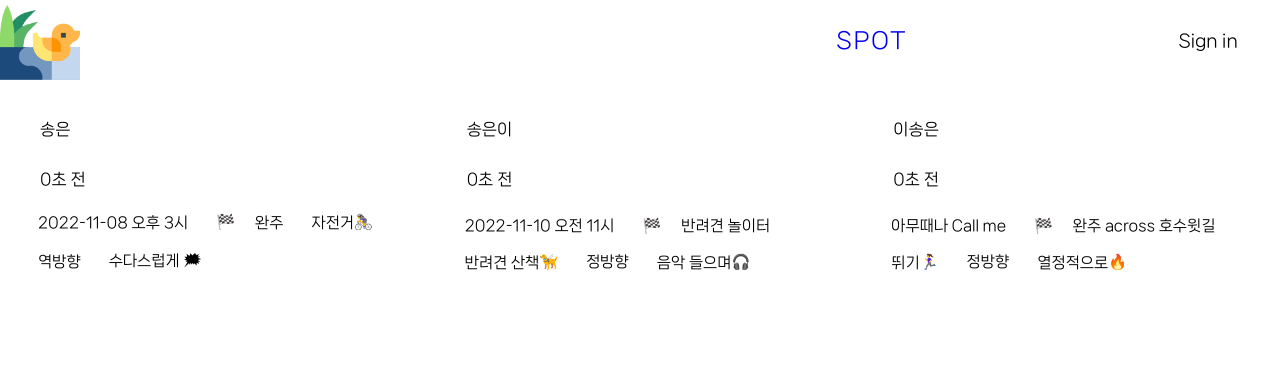
Repository: songeunleee/youngrangho
Page: /
The author's editor kept a copy of each file at every save. The page is drawn from the files as they stood at one save, then again after the next save.
The browser window is 1280 px wide. The pictures show the whole page.
Some web libraries are served in a nearby version. The project was rebuilt for these pictures with package versions that can differ from the ones it lists, and the page was loaded fresh each time. Some packages were replaced by stand-ins written for this rebuild. Also part of the build but not shown: src/app.module.css, src/components/activity/activity.module.css, src/components/footer/footer.module.css, src/components/footer/footer.jsx, src/components/home/home.module.css, src/components/home/home.jsx, src/components/add_spot/add_spot.module.css, src/components/add_spot/add_spot.jsx and 6 more.

Above is the page before, as saved 2022-11-08 19:03:34.

### public/index.html
<!DOCTYPE html>
<html lang="en">
  <head>
    <meta charset="utf-8" />
    <script src="https://cdn.jsdelivr.net/npm/sweetalert2@10"></script>
    <script
      src="https://kit.fontawesome.com/7fb71a1d7b.js"
      crossorigin="anonymous"
    ></script>
    <link rel="icon" href="%PUBLIC_URL%/favicon.ico" />
    <meta name="viewport" content="width=device-width, initial-scale=1" />
    <meta name="theme-color" content="#000000" />
    <link rel="preconnect" href="https://fonts.googleapis.com" />
    <link rel="preconnect" href="https://fonts.gstatic.com" crossorigin />
    <link
      href="https://fonts.googleapis.com/css2?family=Noto+Sans+KR:wght@100;300;400&family=Noto+Serif+KR:wght@200;400&family=Varela+Round&display=swap"
      rel="stylesheet"
    />

    <meta
      name="description"
      content="Web site created using create-react-app"
    />
    <link rel="apple-touch-icon" href="%PUBLIC_URL%/logo192.png" />
    <!--
      manifest.json provides metadata used when your web app is installed on a
      user's mobile device or desktop. See https://developers.google.com/web/fundamentals/web-app-manifest/
    -->
    <link rel="manifest" href="%PUBLIC_URL%/manifest.json" />
    <!--
      Notice the use of %PUBLIC_URL% in the tags above.
      It will be replaced with the URL of the `public` folder during the build.
      Only files inside the `public` folder can be referenced from the HTML.

      Unlike "/favicon.ico" or "favicon.ico", "%PUBLIC_URL%/favicon.ico" will
      work correctly both with client-side routing and a non-root public URL.
      Learn how to configure a non-root public URL by running `npm run build`.
    -->
    <title>React App</title>
  </head>
  <body>
    <noscript>You need to enable JavaScript to run this app.</noscript>
    <div id="root"></div>
    <!--
      This HTML file is a template.
      If you open it directly in the browser, you will see an empty page.

      You can add webfonts, meta tags, or analytics to this file.
      The build step will place the bundled scripts into the <body> tag.

      To begin the development, run `npm start` or `yarn start`.
      To create a production bundle, use `npm run build` or `yarn build`.
    -->
  </body>
</html>

### src/index.js
import React from "react";
import ReactDOM from "react-dom/client";
import "./index.css";
import App from "./app";
import { firebaseApp } from "./service/firebase";
import AuthService from "./service/auth_service";
import FileUpload from "./service/file_upload";
import Repository from "./service/repositiry";

const repository = new Repository(firebaseApp);
const fileUpload = new FileUpload(firebaseApp);
const authService = new AuthService(firebaseApp);

const root = ReactDOM.createRoot(document.getElementById("root"));
root.render(
  <React.StrictMode>
    <App
      authService={authService}
      fileUpload={fileUpload}
      repository={repository}
    />
  </React.StrictMode>
);

### src/index.css
@font-face {
  font-family: "font1";
  src: url("../public/fonts/NanumSquareNeo-aLt.ttf") format("truetype");
  font-weight: normal;
}

@font-face {
  font-family: "font2";
  src: url("../public/fonts/NanumSquareNeo-bRg.ttf") format("truetype");
  font-weight: bold;
}

@font-face {
  font-family: "font3";
  src: url("../public/fonts/NanumSquareNeo-cBd.ttf") format("truetype");
  font-weight: bold;
}

@font-face {
  font-family: "font4";
  src: url("../public/fonts/NanumSquareNeo-eHv.ttf") format("truetype");
  font-weight: bold;
}
body {
  margin: 0;
  font-family: -apple-system, BlinkMacSystemFont, "Segoe UI", "Roboto", "Oxygen",
    "Ubuntu", "Cantarell", "Fira Sans", "Droid Sans", "Helvetica Neue",
    sans-serif;
  -webkit-font-smoothing: antialiased;
  -moz-osx-font-smoothing: grayscale;
  height: 100%;
}

code {
  font-family: source-code-pro, Menlo, Monaco, Consolas, "Courier New",
    monospace;
}
html {
}
#root {
  margin: 0;
  display: flex;
  flex-direction: column;
  height: 100%;
}

### src/app.jsx
import { useEffect, useState } from "react";
import { BrowserRouter, Route, Routes } from "react-router-dom";
import styles from "./app.module.css";
import Activity from "./components/activity/activity";
import Footer from "./components/footer/footer";
import Header from "./components/header/header";
import Home from "./components/home/home";
import Spot from "./components/spot/spot";

function App({ authService, fileUpload, repository }) {
  const [user, setUser] = useState(null);

  const getUser = (user) => {
    setUser(user);
  };

  useEffect(() => {
    authService.onAuthChange((user) => {
      if (user) {
        setUser(user);
      } else {
      }
    });
  }, [authService]);

  return (
    <>
      <BrowserRouter>
        <Header authService={authService} getUser={getUser} user={user} />
        <Routes>
          <Route
            path="/"
            element={<Activity authService={authService} user={user} />}
          />
          <Route
            path="/activity"
            element={<Activity authService={authService} user={user} />}
          />
          <Route
            path="/spot"
            element={
              <Spot
                authService={authService}
                user={user}
                fileUpload={fileUpload}
                repository={repository}
              />
            }
          />
        </Routes>
      </BrowserRouter>
    </>
  );
}

export default App;

### src/service/firebase.js
import { initializeApp } from "firebase/app";

const firebaseConfig = {
  apiKey: "AIzaSyA1QsOldBRNtAOG8_cfGoyHxB8PmdZT3xA",
  authDomain: "youngrangho-d9473.firebaseapp.com",
  projectId: "youngrangho-d9473",
  storageBucket: "youngrangho-d9473.appspot.com",
  messagingSenderId: "558891074778",
  appId: "1:558891074778:web:a513dfcb578ca1084111e3",
  measurementId: "G-VKW34V7D4J",
};

export const firebaseApp = initializeApp(firebaseConfig);

### src/service/auth_service.js
import {
  getAuth,
  signInWithPopup,
  GoogleAuthProvider,
  onAuthStateChanged,
} from "firebase/auth";
class AuthService {
  constructor() {
    this.auth = getAuth();
    this.provider = new GoogleAuthProvider();
  }
  signin() {
    return signInWithPopup(this.auth, this.provider);
  }

  signout() {
    const auth = getAuth();
    auth.signOut();
  }

  onAuthChange(onUserChanged) {
    const auth = getAuth();
    return onAuthStateChanged(auth, (user) => {
      onUserChanged(user);
    });
  }
}
export default AuthService;

### src/service/file_upload.js
import { getStorage, ref, uploadBytes, getDownloadURL } from "firebase/storage";

class FileUpload {
  constructor() {
    this.storage = getStorage();
  }

  async upload(file) {
    this.storageRef = ref(this.storage, `spot/${file.name}`);
    const img = await uploadBytes(this.storageRef, file);
    return getDownloadURL(ref(this.storage, img.ref.fullPath));
  }
}

export default FileUpload;

### src/service/repositiry.js
import {
  getDatabase,
  ref,
  set,
  remove,
  onValue,
  off,
  update,
} from "firebase/database";

class Repository {
  constructor() {
    this.db = getDatabase();
  }

  syncSpots(userId, onUpdate) {
    const query = ref(this.db, `spots`);
    onValue(query, (snapshot) => {
      const value = snapshot.val();
      value && onUpdate(value);
    });
    return () => off(query);
  }

  saveSpot(userId, spot) {
    set(ref(this.db, `spots/${spot.id}`), spot);
  }
  removeSpot(userId, spot) {
    const spotRef = ref(this.db, `spots/${spot.id}`);
    remove(spotRef);
  }
}
export default Repository;

### src/components/activity/activity.jsx
import { set } from "firebase/database";
import React from "react";
import { useState } from "react";
import { useEffect } from "react";
import { useLocation } from "react-router-dom";
import ActivityList from "../activity_list/activity_list";
import Header from "../header/header";
import styles from "./activity.module.css";

const Activity = ({ authService, user }) => {
  const [cards, setCards] = useState({
    1: {
      id: 1,
      author: "thddmsd",
      createTime: Date.now(),
      appointment: "2022-11-08 오후 3시",
      mean: "자전거🚴‍♀️",
      course: "역방향",
      goal: "완주",
      mode: "수다스럽게 🗯",
    },
    2: {
      id: 2,
      author: "송은이",
      createTime: Date.now(),
      appointment: "2022-11-10 오전 11시",
      mean: "반려견 산책🦮",
      course: "정방향",
      goal: "반려견 놀이터",
      mode: "음악 들으며🎧",
    },
    3: {
      id: 3,
      author: "이송은",
      createTime: Date.now(),
      appointment: "아무때나 Call me",
      mean: "뛰기🏃‍♀️",
      course: "정방향",
      goal: "완주 across 호수윗길",
      mode: "열정적으로🔥",
    },
    1: {
      id: 1,
      author: "송은",
      createTime: Date.now(),
      appointment: "2022-11-08 오후 3시",
      mean: "자전거🚴‍♀️",
      course: "역방향",
      goal: "완주",
      mode: "수다스럽게 🗯",
    },
    1: {
      id: 1,
      author: "송은",
      createTime: Date.now(),
      appointment: "2022-11-08 오후 3시",
      mean: "자전거🚴‍♀️",
      course: "역방향",
      goal: "완주",
      mode: "수다스럽게 🗯",
    },
  });
  console.log(cards);
  return <ActivityList cards={cards} />;
};
export default Activity;

### src/components/header/header.jsx
import React, { useEffect } from "react";
import { useState } from "react";
import { Link, useLocation } from "react-router-dom";
import styles from "./header.module.css";

const Header = ({ authService, getUser, user }) => {
  const location = useLocation().pathname;

  const isSpot = (location) => {
    return location === "/spot" ? true : false;
  };
  console.log(isSpot(location));
  const onSignin = () => {
    authService.signin().then((data) => getUser(data.user));
  };

  const onSignout = () => {
    authService.signout();
    getUser(null);
  };

  return (
    <header className={styles.header}>
      <Link
        className={`${styles.logolink} ${
          !isSpot(location) ? styles.activity : null
        } `}
        to={"/"}
      >
        <img className={styles.logo} src="./images/duck (1).png" alt="" />
      </Link>
      <Link
        className={`${styles.link} ${
          !isSpot(location) ? styles.activity : null
        }`}
        to={"/activity"}
      >
        ACTIVITY
      </Link>
      <Link
        className={`${styles.link} ${isSpot(location) ? styles.spot : null}`}
        to={"/spot"}
      >
        SPOT
      </Link>

      {user ? (
        <div className={styles.signIn}>
          <img className={styles.img} src={user.photoURL} alt="" />
          <p className={styles.name}>{user.displayName}</p>
          <button
            className={`${styles.button} ${styles.sign}`}
            onClick={onSignout}
          >
            Sign out
          </button>
        </div>
      ) : (
        <button className={`${styles.button}`} onClick={onSignin}>
          Sign in
        </button>
      )}
    </header>
  );
};

export default Header;

### src/components/activity_list/activity_list.jsx
import React from "react";
import ActivityItem from "../activity_item/activity_item";
import styles from "./activity_list.module.css";

const ActivityList = ({ cards, user }) => {
  return (
    <section className={styles.list}>
      {Object.keys(cards).map((key) => (
        <ActivityItem key={key} card={cards[key]} user={user} />
      ))}
    </section>
  );
};

export default ActivityList;

### src/components/header/header.module.css
@value mainBlue, mainLightBlue,sideBlue, textWhite from '../../common/colors.css';
@value mediaQuery from '../../common/size.css';

.header {
  display: flex;
  height: 5rem;
  align-items: center;
  position: relative;
}
.logolink {
  height: 100%;
}

.logolink.activity {
  background-color: white;
}
.logo {
  height: 100%;

  transition: all 150ms ease-in;
}

.logo:hover {
  background-color: mainBlue;
}
.link {
  height: 100%;
  display: flex;
  justify-content: center;
  align-items: center;
  flex: 0.8;
  text-decoration: none;
  color: mainBlue;
  font-size: 1.4rem;
  font-family: "font2";
  letter-spacing: 2px;
  font-weight: 500;
  text-align: center;
  transition: letter-spacing 150ms ease-in;
}

.link.spot {
  background-color: mainBlue;
  color: white;
}

.link.activity {
  background-color: mainBlue;
  color: white;
}

.signIn {
  flex: 0.4;
  display: flex;
  justify-content: center;
  align-items: center;
  padding-left: 0.5rem;
  padding-right: 0.5rem;
}

.img {
  border-radius: 50%;
  width: 50px;
  height: 50px;
}

.name {
  padding-left: 1rem;
  padding-right: 1rem;
  font-family: "font3";
  color: sideBlue;
}

.button.sign {
  flex: 0.6;
  width: 100%;
}

.button {
  font-size: 1.1rem;
  font-weight: 500;
  font-family: "font2";
  flex: 0.2;
  background: none;
  cursor: pointer;
  border: none;
  color: mainBlue;
  transition: letter-spacing 250ms ease-in;
}

.link:hover {
  letter-spacing: 0;
}

.button:hover {
  letter-spacing: 1px;
}

@media screen and (max-width: mediaQuery) {
  .name {
    display: none;
  }
  .img {
    display: none;
  }
  .logolink {
    display: none;
  }
}

### src/components/activity_item/activity_item.jsx
import React from "react";
import styles from "./activity_item.module.css";

const ActivityItem = ({ card }) => {
  const { id, author, createTime, appointment, mean, course, goal, mode } =
    card;

  const publishedAt = (publishedAt) => {
    const now = new Date();
    const time = new Date(publishedAt);

    const t = (now - time) / 1000;

    if (t < 60) return Math.floor(t) + "초 전";
    const tm = t / 60;
    if (tm < 60) return Math.floor(tm) + "분 전";
    const th = tm / 60;
    if (th < 24) return Math.floor(th) + "시간 전";
    const td = th / 24;
    if (td < 8) return Math.floor(td) + "일 전";
    const tw = td / 7;
    if (tw < 5) return Math.floor(tw) + "주 전";
    const tmon = td / 30;
    if (tw < 30) return Math.floor(tmon) + "달 전";
    const ty = td / 365;
    return Math.floor(ty) + "년 전";
  };

  return (
    <section className={styles.card}>
      <div className={styles.info}>
        <p className={styles.author}>{author}</p>
        <p className={styles.createTime}>{publishedAt(Date(createTime))}</p>
      </div>
      <div className={styles.contentBox}>
        <div className={styles.content}>
          {appointment && (
            <div className={`${styles.chip} ${styles.appointment}`}>
              {appointment}
              <i
                className={`fa-solid fa-circle-xmark ${styles.chipDelete}`}
              ></i>
            </div>
          )}

          {goal && (
            <div className={`${styles.chip} ${styles.goal}`}>
              <div className={styles.G}>🏁</div>
              {goal}
              <i
                className={`fa-solid fa-circle-xmark ${styles.chipDelete}`}
              ></i>
            </div>
          )}
          {mean && (
            <div className={`${styles.chip} ${styles.mean}`}>
              {mean}
              <i
                className={`fa-solid fa-circle-xmark ${styles.chipDelete}`}
              ></i>
            </div>
          )}
          {course && (
            <div className={`${styles.chip} ${styles.course}`}>
              {course}
              <i
                className={`fa-solid fa-circle-xmark ${styles.chipDelete}`}
              ></i>
            </div>
          )}
          {mode && (
            <div className={`${styles.chip} ${styles.mode}`}>
              {mode}
              <i
                className={`fa-solid fa-circle-xmark ${styles.chipDelete}`}
              ></i>
            </div>
          )}
        </div>
      </div>
    </section>
  );
};

export default ActivityItem;

### src/components/activity_list/activity_list.module.css
.list {
  display: flex;
  flex-wrap: wrap;
  margin-top: 0.5rem;
}

### src/components/activity_item/activity_item.module.css
@value mainBlue,mainLightBlue,sideBlue,textWhite from '../../common/colors.css';

* {
  font-family: font2;
}

.card {
  display: flex;
  flex-direction: column;
  border: 1px mainLightBlue solid;
  margin: 0.5rem 1rem;
  padding: 0.5rem 0.5rem;
  flex: 1;
  height: auto;
  border-radius: 18px;
}
.info {
}
.author {
  margin: 0;
  padding: 1rem;
}
.createTime {
  margin: 0.5rem;
  padding: 0.5rem;
  border-bottom: 1px dashed mainBlue;
}

.contentBox {
  display: flex;
  flex: 1;
  align-items: center;
}
.content {
  display: flex;
  flex-wrap: wrap;
}
.chip {
  font-size: 15px;
  flex-wrap: nowrap;
  background-color: mainLightBlue;
  width: fit-content;
  border-radius: 18px;
  padding: 5px 10px;
  margin: 0.25rem 0.25rem;
  display: flex;
  align-items: center;
  cursor: pointer;
  transition: transform 200ms ease-in;
}

.chip.appointment {
  background-color: mainBlue;
}

.chip.goal {
  padding-top: 0;
  padding-bottom: 0;
}

.G {
  position: relative;
  background-color: sideBlue;
  border-radius: 18px;
  padding-top: 5px;
  padding-bottom: 5px;
  padding-right: 10px;
  padding-left: 10px;
  right: 10px;
}

.chip:hover {
}
.chipDelete {
  display: none;
  color: rgb(255, 255, 255);
  margin-left: 0.3rem;
  opacity: 0.9;
  border: none;
}

After the next save:
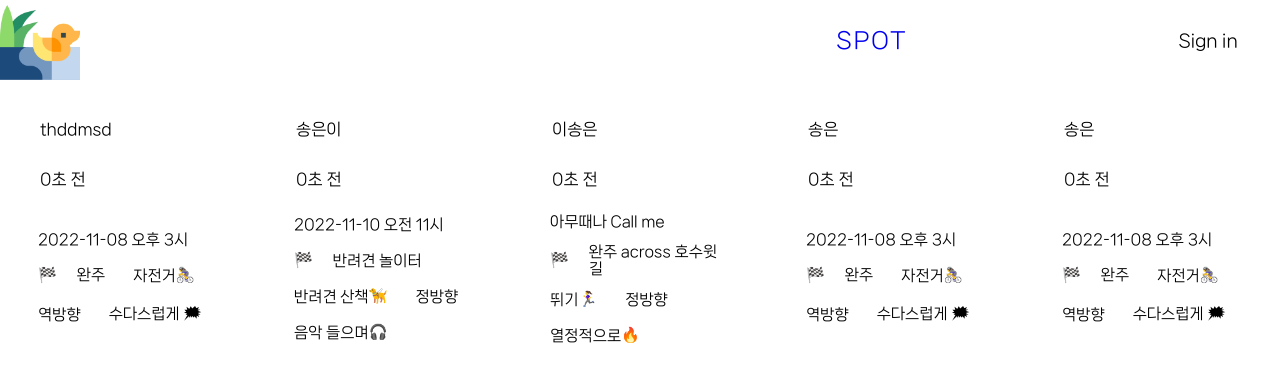
Saved 25 s later.
--- a/src/components/activity/activity.jsx
+++ b/src/components/activity/activity.jsx
@@ -39,8 +39,8 @@ const Activity = ({ authService, user }) => {
       goal: "완주 across 호수윗길",
       mode: "열정적으로🔥",
     },
-    1: {
-      id: 1,
+    4: {
+      id: 4,
       author: "송은",
       createTime: Date.now(),
       appointment: "2022-11-08 오후 3시",
@@ -49,8 +49,8 @@ const Activity = ({ authService, user }) => {
       goal: "완주",
       mode: "수다스럽게 🗯",
     },
-    1: {
-      id: 1,
+    5: {
+      id: 5,
       author: "송은",
       createTime: Date.now(),
       appointment: "2022-11-08 오후 3시",
